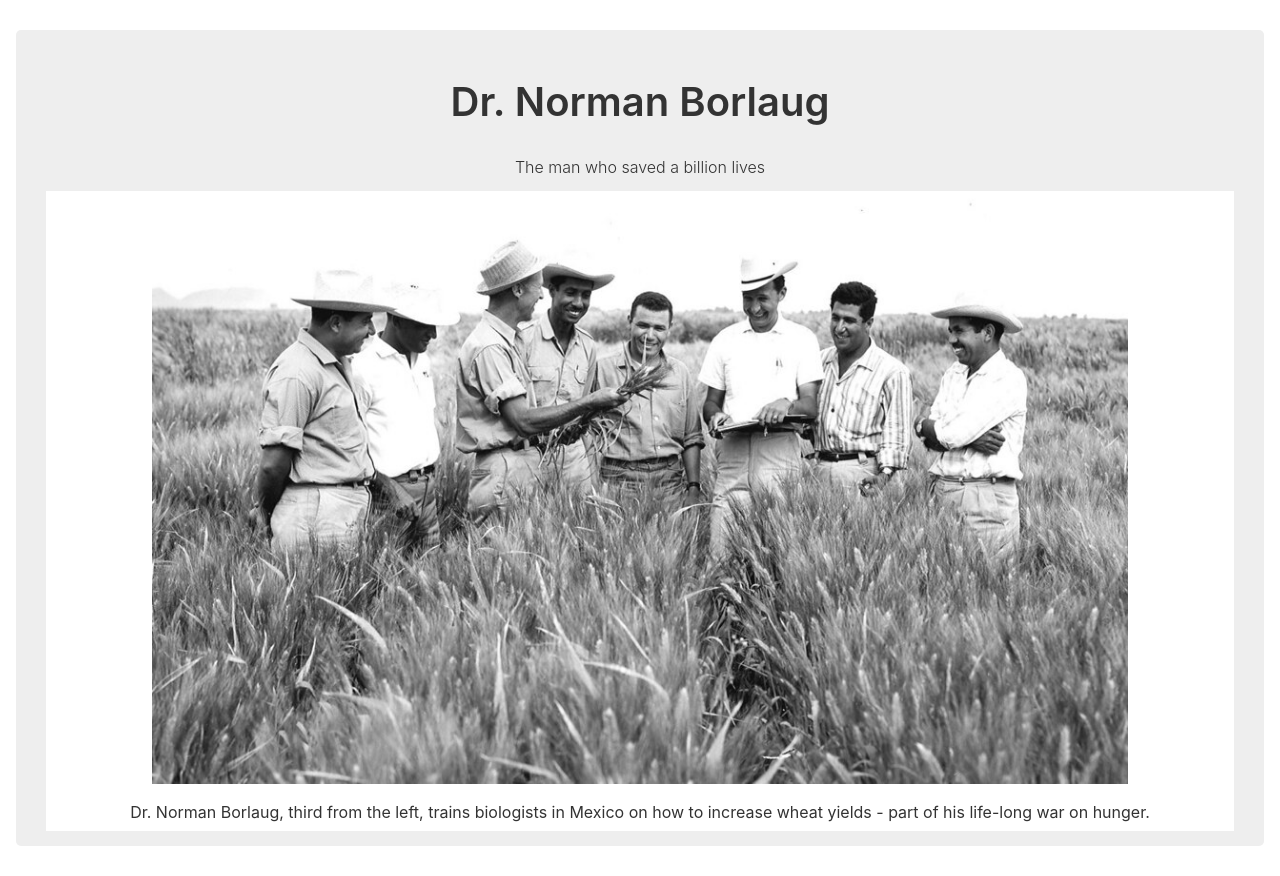
Repository: HTDuy01/github-demo
Page: freecodecamp/index.html
An editor plug-in stored every save of this project. The page is shown before and after the next save, followed by the edit.
The browser window is 1280 px wide. The pictures show the whole page.

Above is the page before, as saved 2021-11-17 20:28:30.

### freecodecamp/index.html
<!DOCTYPE html>
<html lang="en">
<head>
    <meta charset="UTF-8">
    <meta http-equiv="X-UA-Compatible" content="IE=edge">
    <meta name="viewport" content="width=device-width, initial-scale=1.0">
    <title>Document</title>
    <link rel="stylesheet" href="/assets/css/style.css">
    <link rel="stylesheet" href="/assets/css/base.css">
</head>
<body>
    <div class="main">
        <header id="title">
            <h1 class="heading">Dr. Norman Borlaug</h1>
            <p class="sub-heading">The man who saved a billion lives</p>
        </header>

        <div id="img-div">
            <img src="/assets/img/tribute-page-main-image.jpg" alt="" class="img">
            <p class="content-img">Dr. Norman Borlaug, third from the left, trains biologists in Mexico on how to increase wheat yields - part of his life-long war on hunger.</p>
        </div>

        <div class="content">

        </div>

        <footer class="footer">

        </footer>
    </div>
</body>
</html>

### freecodecamp/assets/css/style.css
.main {
    background-color: #eee;
    margin: 30px 8px;
    padding: 15px;
    border-radius: 5px;
}

/* header */
#title {
    text-align: center;
}

.heading {
    color: var(--color-header);
    font-size: 4rem;
    font-weight: 600;
    margin-top: 27px;
    line-height: 60px;
}

.sub-heading {
    font-size: 1.6rem;
    color: var(--color-header);
    font-weight: 300;
}

/* Bener */
#img-div {
    height: 640px;
    background-color: #fff;
    margin: 0 15px;
    text-align: center;
}

.img {
    width: 976px;
    height: 593px;
}

.content-img {
    font-size: 1.6rem;
    color: var(--color-header);
    font-weight: 400;
}

### freecodecamp/assets/css/base.css

* {
    box-sizing: inherit;
}

html {
    font-size: 62.5%;
    line-height: 1.6rem;
    font-family: -apple-system, BlinkMacSystemFont, 'Segoe UI', 'Roboto', 'Helvetica Neue', Arial, sans-serif;
    box-sizing: border-box;
}

:root {
    --color-header:#333;
}

After the next save:
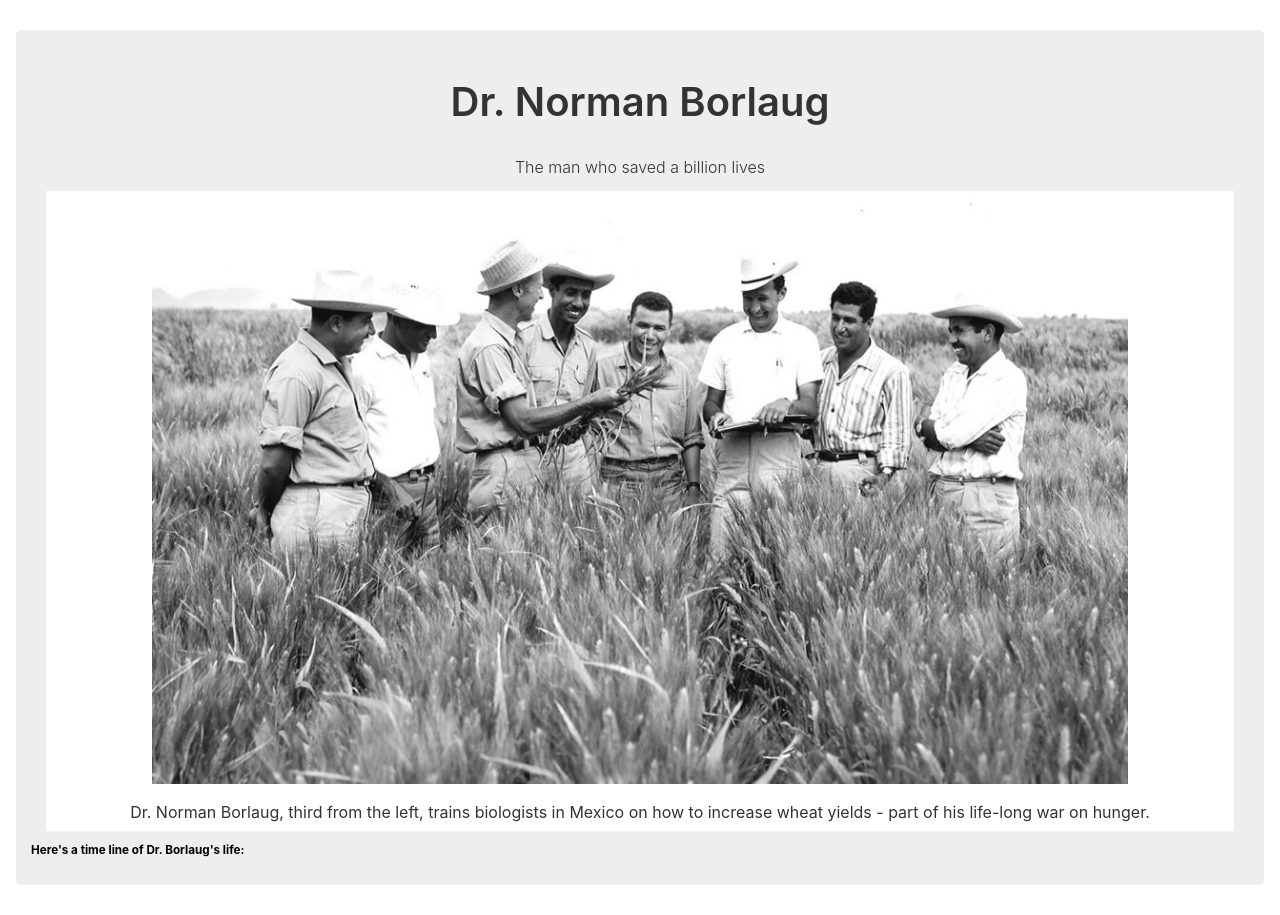
Saved 43 s later.
--- a/freecodecamp/index.html
+++ b/freecodecamp/index.html
@@ -21,7 +21,7 @@
         </div>
 
         <div class="content">
-
+            <h3 class="content-heading">Here's a time line of Dr. Borlaug's life:</h3>
         </div>
 
         <footer class="footer">
